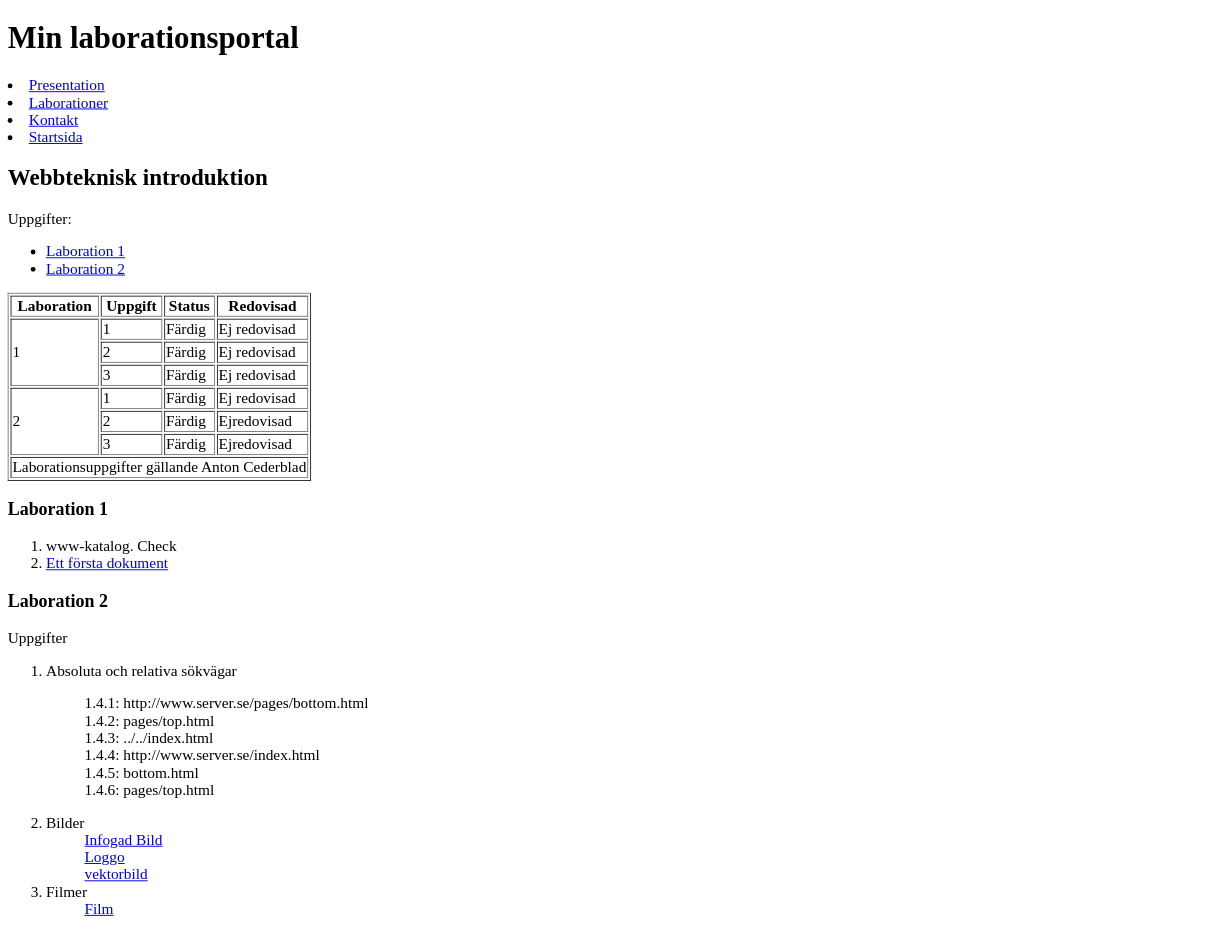
Repository: ac222jv/1IK415-Laborationer
Page: Pages/Laborationer.html
The author's editor kept a record of every edit. The page is drawn from the files as they stood at one moment, then again after the next edit.
The browser window is 1280 px wide. The pictures show the whole page, at 96% of full size.

Above is the page before.

After the next edit:
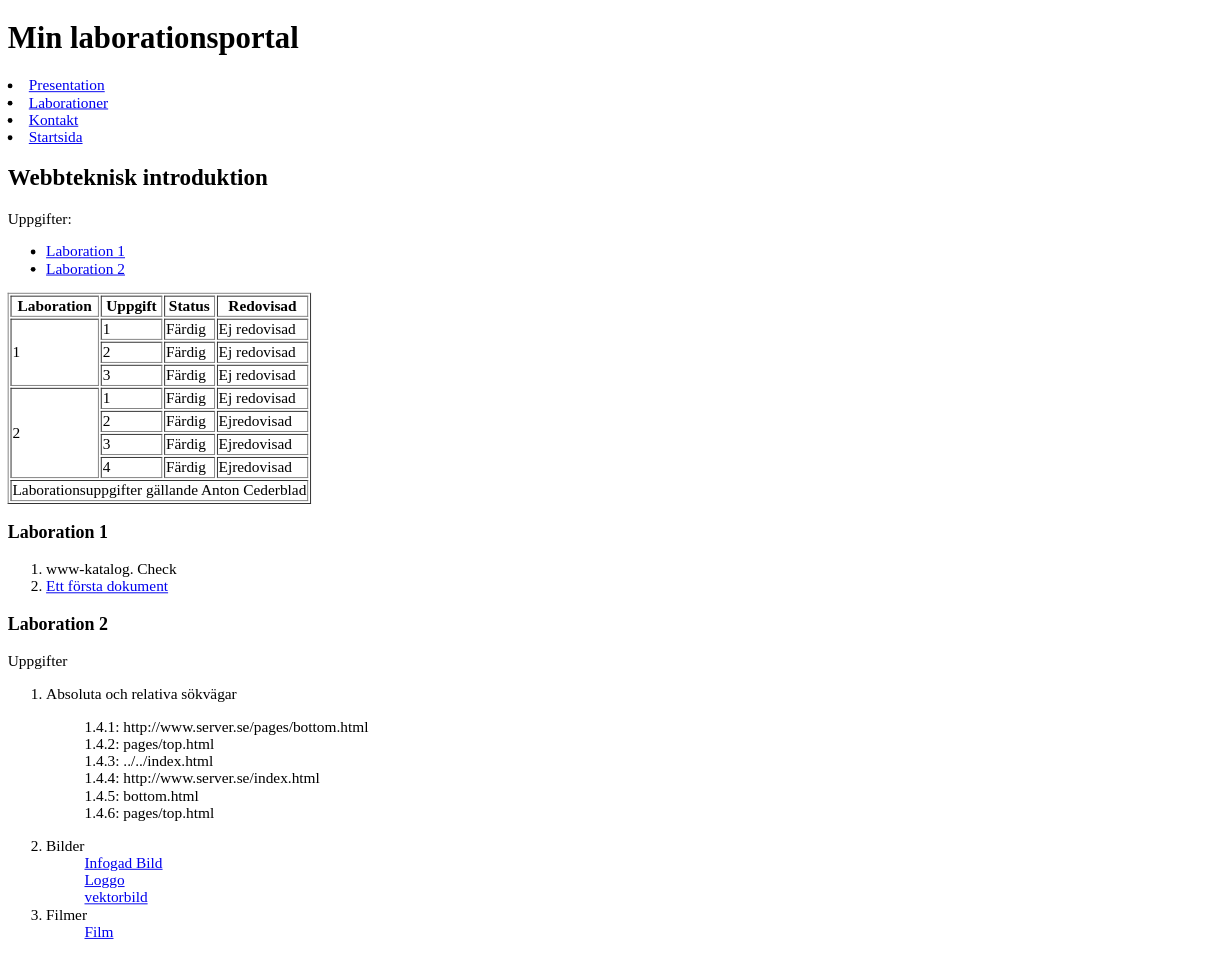
The edit:
--- a/Pages/Laborationer.html
+++ b/Pages/Laborationer.html
@@ -115,6 +115,11 @@
             <td>Ejredovisad</td>
         </tr>
 
+         <tr>
+            <td>4</td>
+            <td>Färdig</td>
+            <td>Ejredovisad</td>
+        </tr>
          </tbody>
 
 
